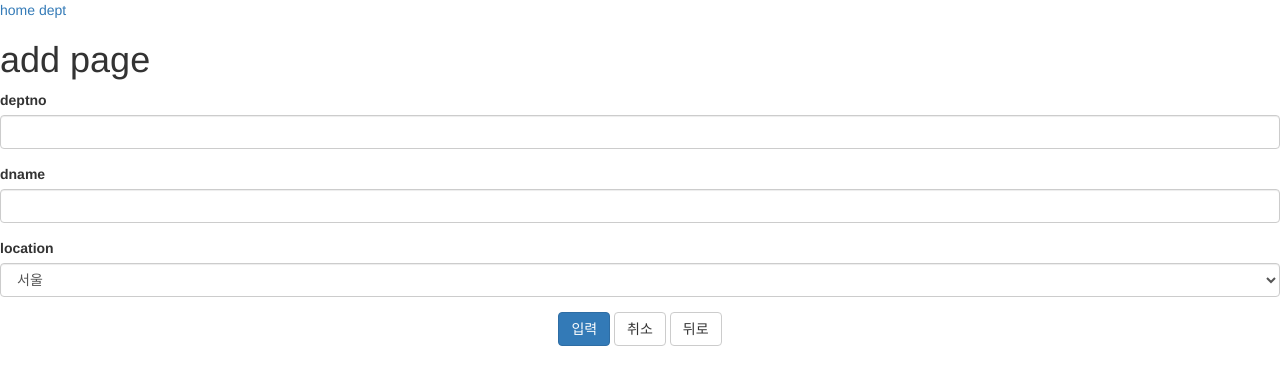
Repository: minho00123/sw-professional-training
Page: http://localhost/sts01/WEB-INF/views/dept/edit.jsp
The author's editor kept a copy of each file at every save. The page is drawn from the files as they stood at one save, then again after the next save.
The browser window is 1280 px wide. The pictures show the whole page.
The page is served by Tomcat 9. Nobody is signed in. Other server files are loaded and not shown. The template is opened directly, without the code that normally fills it, so the values that code supplies are empty.

Above is the page before, as saved 2025-05-14 05:36:00.

### webWorkspace/sts01/src/main/webapp/WEB-INF/views/dept/edit.jsp
<%@ page language="java" contentType="text/html; charset=UTF-8"
	pageEncoding="UTF-8"%>
<!DOCTYPE html>
<html>
<head>
<meta charset="UTF-8">
<title>Insert title here</title>
<!-- Latest compiled and minified CSS -->
<link rel="stylesheet" href="https://cdn.jsdelivr.net/npm/bootstrap@3.4.1/dist/css/bootstrap.min.css" integrity="sha384-HSMxcRTRxnN+Bdg0JdbxYKrThecOKuH5zCYotlSAcp1+c8xmyTe9GYg1l9a69psu" crossorigin="anonymous">
</head>
<body>
	<nav>
		<a href="${pageContext.request.contextPath }/index.do">home</a>
		<a href="${pageContext.request.contextPath }/dept/list.do">dept</a>
	</nav>
	<h1>add page</h1>
	<form action="add.do" method="post">
		<div class="form-group">
			<label>deptno</label><input class="form-control" name="deptno" />
		</div>
		<div class="form-group">
			<label>dname</label><input class="form-control" name="dname" />
		</div>
		<div class="form-group">
			<label>location</label>
			<select name="loc" class="form-control">
				<option>서울</option>
				<option>대전</option>
				<option>대구</option>
				<option>부산</option>
				<option>광주</option>
				<option>제주</option>
			</select>
		</div>
		<div class="text-center">
			<button class="btn btn-primary" type="submit">입력</button>
			<button class="btn btn-default" type="reset">취소</button>
			<button class="btn btn-default" type="button" onclick="history.back();">뒤로</button>
		</div>
	</form>
</body>
</html>

After the next save:
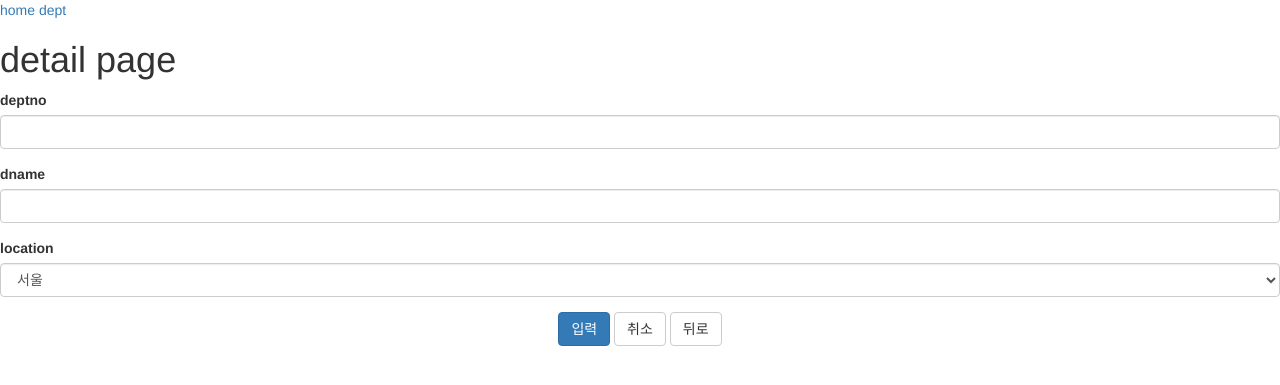
Saved 10 min 59 s later.
--- a/webWorkspace/sts01/src/main/webapp/WEB-INF/views/dept/edit.jsp
+++ b/webWorkspace/sts01/src/main/webapp/WEB-INF/views/dept/edit.jsp
@@ -13,7 +13,7 @@
 		<a href="${pageContext.request.contextPath }/index.do">home</a>
 		<a href="${pageContext.request.contextPath }/dept/list.do">dept</a>
 	</nav>
-	<h1>add page</h1>
+	<h1>detail page</h1>
 	<form action="add.do" method="post">
 		<div class="form-group">
 			<label>deptno</label><input class="form-control" name="deptno" />
